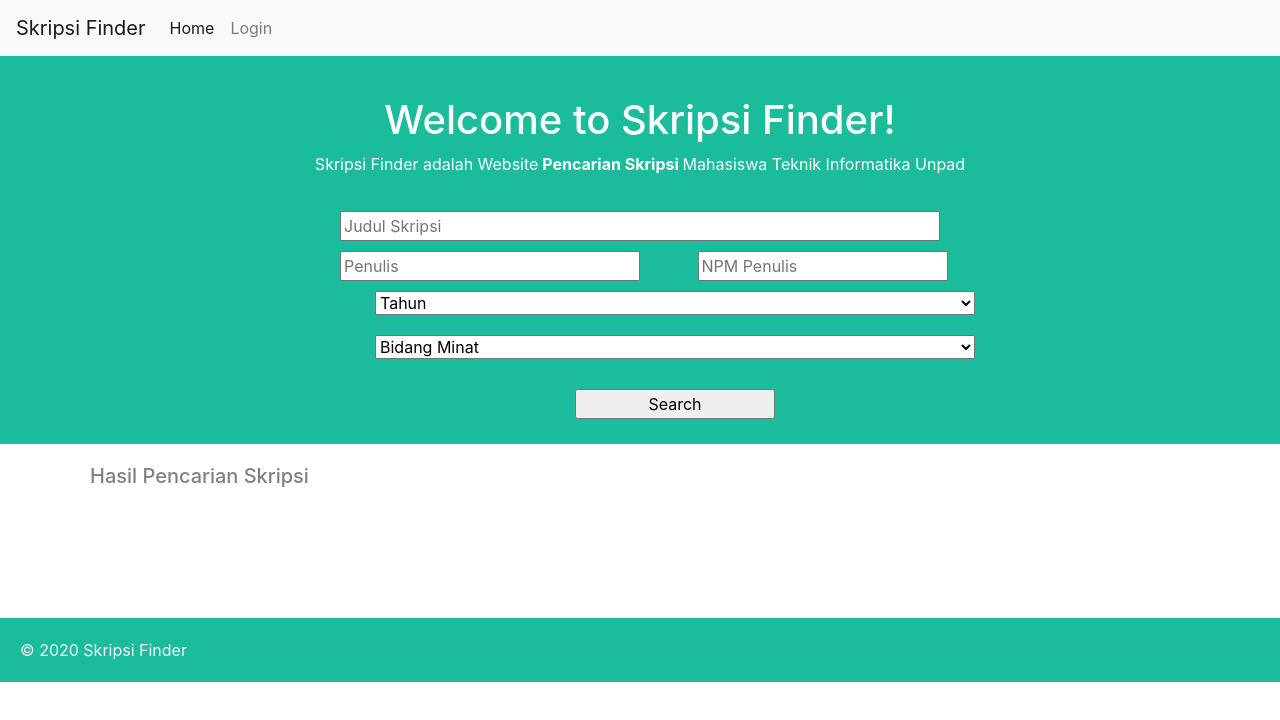
Repository: faalihnst/berita
Page: /
The author's editor kept a copy of each file at every save. The page is drawn from the files as they stood at one save, then again after the next save.
The browser window is 1280 px wide. The pictures show the whole page.
The project was rebuilt for these pictures with package versions that can differ from the ones it lists, and the page was loaded fresh each time.

Above is the page before, as saved 2020-06-05 00:04:02.

### src/assets/style.css

/* Header */
.page-header {
  position: relative;
  margin: 0;
padding-top: 60px;
  padding-bottom: 60px;
  background-color: #fbfbfd;
  border-bottom: 2px solid #F4f4f9;
}
.page-header .background-img {
  position: absolute;
  top: 0;
  left: 0;
  right: 0;
  bottom: 0;
  background-position: center;
  background-size: cover;
}
.page-header .background-img:after {
  content: '';
  position: absolute;
  top: 0;
  left: 0;
  right: 0;
  bottom: 0;
  background-image: -webkit-gradient(linear, left bottom, left top, from(rgba(33, 38, 49, 0.3)), to(transparent));
  background-image: linear-gradient(to top, rgba(33, 38, 49, 0.3) 0%, transparent 100%);
}
#post-header.page-header {
  padding-top: 120px;
}
.page-header h1 {
  text-transform: capitalize;
  margin-bottom: 0px;
}
#post-header.page-header h1 {
  color: #FFF;
}
.page-header .post-meta {
  margin: 15px 0px;
}
.page-header .post-meta .post-date {
  color: #eceef2;
}
.page-header .page-header-breadcrumb {
  margin: 15px 0px;
}
.page-header .page-header-breadcrumb li {
  display: inline-block;
}
.page-header .page-header-breadcrumb li, .page-header .page-header-breadcrumb li a {
  font-size: 13px;
  text-transform: capitalize;
  color: #a7b3c6;
}
.page-header .page-header-breadcrumb li a {
  -webkit-transition: 0.2s color;
  transition: 0.2s color;
}
.page-header .page-header-breadcrumb li a:hover, .page-header .page-header-breadcrumb li a:focus {
  color: #0b0f28;
  text-decoration: none;
}
.page-header .page-header-breadcrumb li + li:before {
  content: '/';
  display: inline-block;
  margin: 0px 10px;
}
/* Header */
.WebContainer{
  width: 100%;
  height: auto;
}

.container1{
  overflow: hidden;
}

.header {
  padding: 40px;
  text-align: center;
  background: #1abc9c;
  color: white;
}

  /* Increase the font size of the heading */
.header h1 {
  font-size: 40px;
}

.judul{
  font-weight: bold;
}

.col-md-10{
  margin-left: 80px;
  margin-top: 10px;
  padding: 10px;
  border-bottom: 1.5pt solid #E4DFDA;
}

.col-md-5{
  padding: 5px;
  margin-top: 10px;
  margin-left: 1px;
}

.col-md-2{
  padding: 5px;
  margin-top: 10px;
  margin-left: 15px;
}

a#skripsi{
  font-weight: bold;;
  margin-left: 15px;
  font-size: 20pt;
}

.result{
  color: grey;
}

h5{
  padding: 20px;
  margin-left: 70px;
}

footer{
  background-color: #1abc9c;
  color: whitesmoke;
  padding: 20px;
  margin-top: 110px;
}

form{
  margin-top: 20px;
  transform: translateY(15px);
}

input#titleBar{
  width: 600px;
}

input#nameBar{
  width: 300px;
  margin-left: 255px;
  margin-right: 0px;
}

input#npmBar{
  width: 250px;
  margin-right: 220px;
}

.dropdown{
  margin-top: 10px;
  margin-inline-start: 550px;
  transform: translateY(-10px);
  width: 600px;
  margin-left: 350px;
}

.row{
  margin-top: 10px;
}

.button#search{
  margin-top: 10px;
  margin-left: 550px;
  width: 200px;
}

.grid-container{
  grid-template-columns: auto auto;
}

/* css login */
.container#login{
  height:480px;
  margin-top: 40px;
  margin-bottom: 50px;
  background-color:#1abc9c;
  justify-content: space-between;
  flex-direction: column;
  display: flex;
}

img{
  width: 577;
  height: 433;
  margin-top: 80px;
  margin-left: -200px;
}

.welcome{
  transform: rotate(-90deg);
  margin-left: -250px;
  color: white;
}

.btn-login{
  justify-content: flex-end;
  display: flex;
  margin-bottom: 25px;
  margin-top: 30px;
  font-size: 24px;
  background-color: blue;
  color: white;

}

.form-word{
  margin-left: 0px;
  margin-top: -90px;
  font-size: 25px;
  color: white;
}

.form-group{
  margin-top: 120px;
  width: 100px;
}

/* css skripsi */

.col-md-8#title{
  margin-top: 30px;
  padding: 15px;
}

.btn-holder {
  justify-content: flex-end;
  display: flex;
  margin-right: 50px;
  margin-bottom: 50px;
}

p#judul{
  font-weight: bold;;
  margin-left: 15px;
  font-size: 18pt;
  color: white;
}

article#abstrak{
  margin-top: 15px;
  padding: 3px;
  font-style: italic;
}

.imgSkripsi{
  width: 300px;
  height: 400px;
  margin-top: 35px;
  margin-left: 10px;
}

### src/pages/homepage.js
import React, { useState } from "react";
import { Link } from "react-router-dom";
import axios from "axios";
import qs from "qs";
import '../assets/style.css';
// import './assets/font-awesome.min.css';

export default function Homepage() {
  //aciganti
  const [value, setValue] = useState({
    news: [],
    title: "",
    date: "",
    link: "",
    category: "",
  });

  const getData = async () => {
    const BASE_URL = "http://localhost:3030/berita-app/query";

    const headers = {
      Accept: "application/sparql-results+json,*/*;q=0.9",
      "Content-Type": "application/x-www-form-urlencoded; charset=UTF-8",
    };

    const queryData = {
      query: `PREFIX news:<http://example.co.id/ns/newsdata>
            SELECT DISTINCT ?title ?date ?link ?category
            WHERE {
            ?news news:title ?title.
            ?news news:date ?date.
            ?news news:link ?link.
            ?news news:category ?category;
            FILTER contains(?category,"${value.title}")
    }`,
    };

    try {
      const { data } = await axios(BASE_URL, {
        method: "POST",
        headers,
        data: qs.stringify(queryData),
      });
      console.log(data);

      // Convert Data
      const formatted_data = data.results.bindings.map((news, index) =>
        formatter(news, index)
      );
      console.log(formatted_data);

      setValue({
        ...value,
        news: formatted_data,
      });
    } catch (err) {
      console.error(err);
    }
  };

  const formatter = (news, index) => {
    return {
      id: index,
      title: news.title.value,
      date: news.date.value,
      link: news.link.value,
      category: news.category.value,
    };
  };

  const handleChangeTitle = (event) => {
    setValue({
      ...value,
      title: event.target.value,
    });
  };

  const handleChangeNpm = (event) => {
    setValue({
      ...value,
      npm: event.target.value,
    });
  };

  const handleChangeName = (event) => {
    setValue({
      ...value,
      nama: event.target.value,
    });
  };

  const handleChangeYear = (event) => {
    setValue({
      ...value,
      tahun: event.target.value,
    });
  };

  const handleChangeMajor = (event) => {
    setValue({
      ...value,
      peminatan: event.target.value,
    });
  };

  const content = value.news.map((news) => (
    <div className="container">
      <div key={news.id}>
        <div className="col-md-10">
          <div className="title">
            <a href={`${news.link}`}>{news.title}</a>
          </div>
          <div class="row">
            <div class="col-md-2">{news.category}</div>
            <div class="col-md-2">{news.date}</div>
          </div>
        </div>
      </div>
    </div>
  ));
  // Layout
  return (
    <body>
      {/* Navbar */}
      <nav className="navbar navbar-expand-lg navbar-light bg-light">
        <a className="navbar-brand" href="#">
          Skripsi Finder
        </a>
        <button
          className="navbar-toggler"
          type="button"
          data-toggle="collapse"
          data-target="#navbarSupportedContent"
          aria-controls="navbarSupportedContent"
          aria-expanded="false"
          aria-label="Toggle navigation"
        >
          <span className="navbar-toggler-icon"></span>
        </button>

        <div className="collapse navbar-collapse" id="navbarSupportedContent">
          <ul className="navbar-nav mr-auto">
            <li className="nav-item active">
              <a className="nav-link" href="/">
                Home
              </a>
            </li>
            <li className="nav-item">
              <a className="nav-link" href="Login">
                Login
              </a>
            </li>
          </ul>
        </div>
      </nav>


      <div className="header">
        <h1>
            Welcome to Skripsi Finder!
        </h1>
        <p id="desc">Skripsi Finder adalah Website<b> Pencarian Skripsi </b>Mahasiswa Teknik Informatika Unpad</p>

      {/* Search Form  */}
      <form>
          <div className="container">
            <div className="row">
              <div className="col">
                <input
                  setValue={value.title}
                  placeholder="Judul Skripsi"
                  type="text"
                  id="titleBar"
                  onChange={handleChangeTitle}
                />
              </div>
            </div>
            <div className="grid-container">
              <div className="row">
                <div className="col">
                  <input
                    setValue={value.nama}
                    placeholder="Penulis"
                    type="text"
                    id="nameBar"
                    onChange={handleChangeName}
                  />
                </div>
                <div className="col" id="studID">
                  <input
                    setValue={value.npm}
                    placeholder="NPM Penulis"
                    type="text"
                    id="npmBar"
                    onChange={handleChangeNpm}
                  />
                </div>
              </div>
            </div>
          </div>

      {/* Filter Tahun */}
      <div className="row">
            <select setValue={value.tahun} className="dropdown" id="tahun" onChange={handleChangeYear}>
              <option value="">Tahun</option>
              <option value="2016">2016</option>
              <option value="2017">2017</option>
              <option value="2018">2018</option>
            </select>
          </div>

      {/* Filter Peminatan */}
      <div className="row">
            <select setValue={value.peminatan} className="dropdown" id="peminatan" onChange={handleChangeMajor}>
              <option value="">Bidang Minat</option>
              <option value="Sistem Informasi">Sistem Informasi</option>
              <option value="Jaringan Komputer">Jaringan Komputer</option>
              <option value="Artificial Intelligence">Artificial Intelligence</option>
            </select>
          </div>
          <div className="row">
            <input
                type="button"
                className="button"
                id="search"
                value="Search"
                onClick={getData}
            />
          </div>
        </form>
      </div>

      {/* Hasil Pencarian */}
      <div class="result">
        <h5>Hasil Pencarian Skripsi</h5>
        <div>{content}</div>
      </div>

      {/* Footer */}
      <footer>
        <div className="footer-copyright">&copy; 2020 Skripsi Finder</div>
      </footer>
    </body>
  );
}

Loaded but not shown: public/index.html (common file); src/index.js (common file); src/index.css (common file); src/serviceWorker.js (common file); src/App.js (28 lines, source omitted); src/assets/style2.css (979 lines, source omitted)

After the next save:
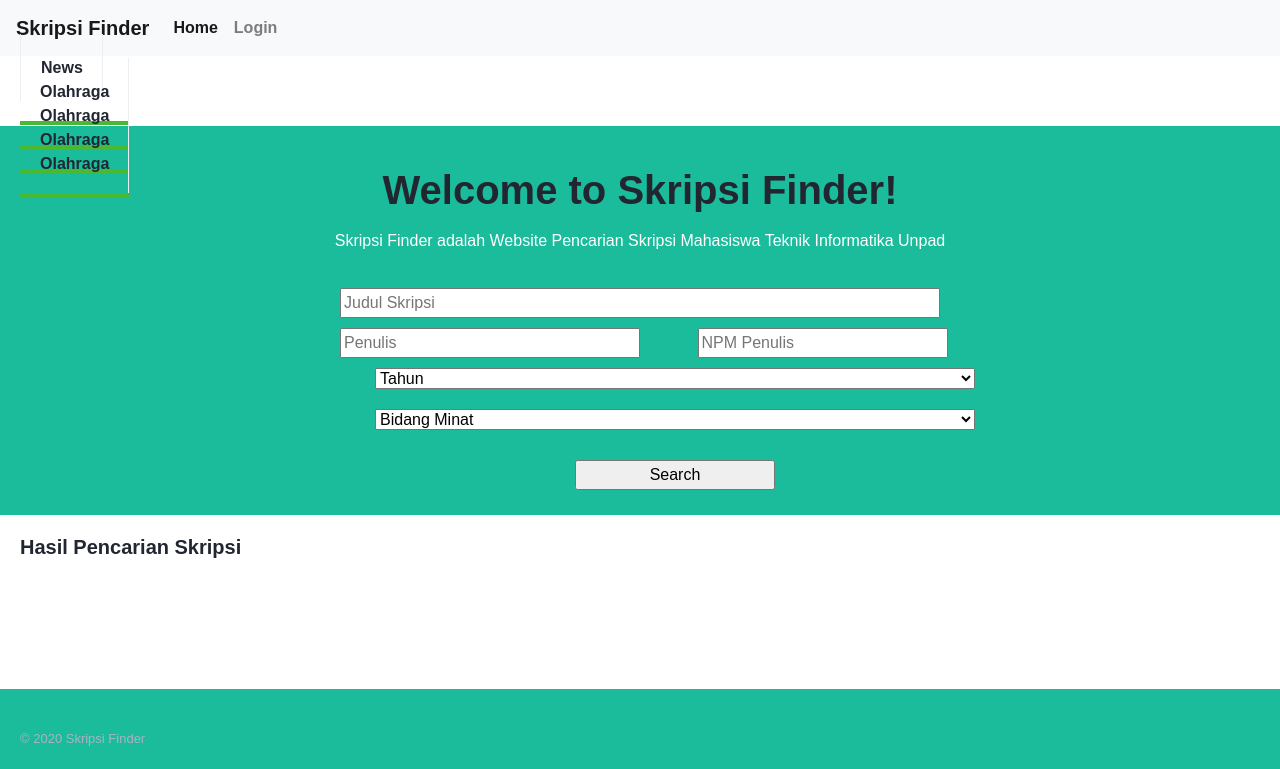
Saved 9 min 21 s later.
--- a/src/pages/homepage.js
+++ b/src/pages/homepage.js
@@ -3,6 +3,7 @@ import { Link } from "react-router-dom";
 import axios from "axios";
 import qs from "qs";
 import '../assets/style.css';
+import '../assets/style2.css';
 // import './assets/font-awesome.min.css';
 
 export default function Homepage() {
@@ -154,7 +155,27 @@ export default function Homepage() {
         </div>
       </nav>
 
-
+      <header id="header">
+        <div id="nav">
+          <ul className="nav-menu nav navbar-nav">
+            <li>
+              <a href="#">News</a>
+            </li>
+            <li className="cat-1">
+              <a href="#">Olahraga</a>
+            </li>
+            <li className="cat-1">
+              <a href="#">Olahraga</a>
+            </li>
+            <li className="cat-1">
+              <a href="#">Olahraga</a>
+            </li>
+            <li className="cat-1">
+              <a href="#">Olahraga</a>
+            </li>
+          </ul>
+        </div>
+      </header>
       <div className="header">
         <h1>
             Welcome to Skripsi Finder!
